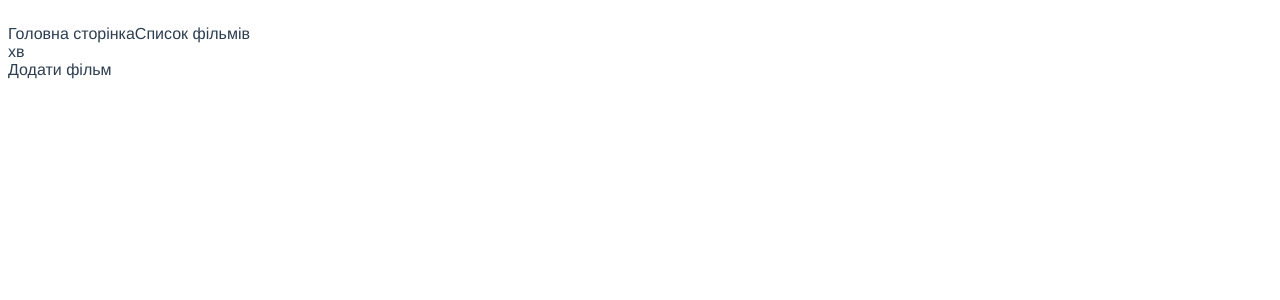
Repository: kristinap8/movies-gallery
Page: /add_movie
These files come from the project's save history. The page is drawn as it stood at one moment and after the next save; the edit follows.
The browser window is 1280 px wide. The pictures show the whole page.
The project was rebuilt for these pictures with package versions that can differ from the ones it lists, and the page was loaded fresh each time. Also part of the build but not shown: src/pages/Home/index.vue, src/components/MovieDetails/index.vue, src/pages/Movie/index.vue, src/components/MovieInfo/index.vue, src/components/MoviesList/index.vue, src/pages/AllMovies/index.vue.

Above is the page before, as saved 2020-11-15 19:44:07.

After the next save:
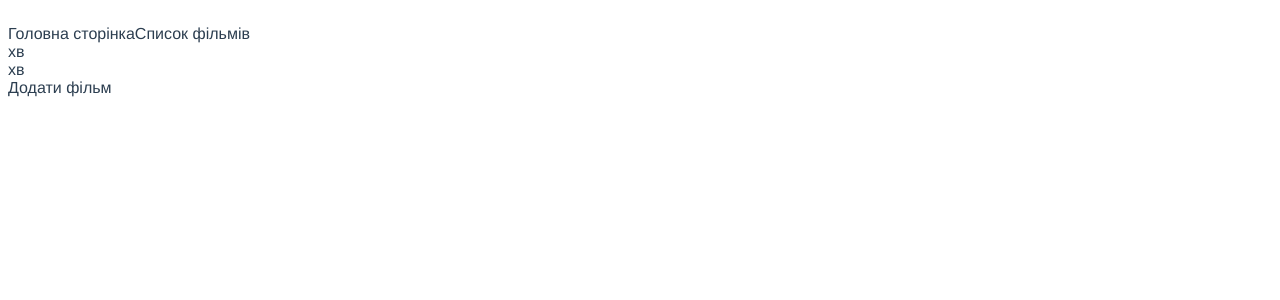
Saved 106 s later.
--- a/src/components/AddMovieForm/index.vue
+++ b/src/components/AddMovieForm/index.vue
@@ -27,8 +27,11 @@
         <b-form-input
           id="year"
           v-model="year"
-          placeholder="Введіть рік..."
-        ></b-form-input>
+          type="range"
+          min=""
+          max=""
+           ></b-form-input>
+           <div class="mt-2"> {{duration}} хв</div>
       </b-form-group>
       <b-form-group label="Країна:" label-for="country">
         <b-form-input
